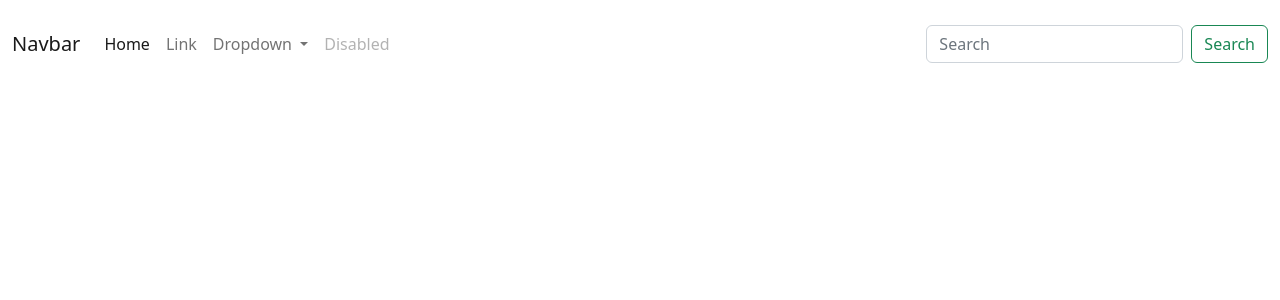
Repository: isaacCodes1/Bootstrap-Nav-Assignment
Page: index.html
These files come from the project's save history. The page is drawn as it stood at one moment and after a run of saves; the edit follows.
The browser window is 1280 px wide. The pictures show the whole page.
Some web libraries are served in a nearby version.

Above is the page before, as saved 2024-03-19 13:12:38.

### index.html
<!DOCTYPE html>
<html lang="en">
  <head>
    <meta charset="UTF-8" />
    <meta name="viewport" content="width=device-width, initial-scale=1.0" />
    <link
      href="https://cdn.jsdelivr.net/npm/bootstrap@5.2.3/dist/css/bootstrap.min.css"
      rel="stylesheet"
      integrity="sha384-rbsA2VBKQhggwzxH7pPCaAqO46MgnOM80zW1RWuH61DGLwZJEdK2Kadq2F9CUG65"
      crossorigin="anonymous"
    />
    <script
      src="https://kit.fontawesome.com/35eb69f0be.js"
      crossorigin="anonymous"
    ></script>
    <link rel="stylesheet" href="/style.css" />
    <title>Bootstrap Assignment</title>
  </head>
  <body>
    <header>
      <nav class="navbar navbar-expand-lg navbar-light bg-transparent px-0 py-4">
        <div class="container-fluid">
          <a class="navbar-brand" href="#">Navbar</a>
          <button
            class="navbar-toggler"
            type="button"
            data-bs-toggle="collapse"
            data-bs-target="#navbarSupportedContent"
            aria-controls="navbarSupportedContent"
            aria-expanded="false"
            aria-label="Toggle navigation"
          >
            <span class="navbar-toggler-icon"></span>
          </button>
          <div class="collapse navbar-collapse" id="navbarSupportedContent">
            <ul class="navbar-nav me-auto mb-2 mb-lg-0">
              <li class="nav-item">
                <a class="nav-link active" aria-current="page" href="#">Home</a>
              </li>
              <li class="nav-item">
                <a class="nav-link" href="#">Link</a>
              </li>
              <li class="nav-item dropdown">
                <a
                  class="nav-link dropdown-toggle"
                  href="#"
                  role="button"
                  data-bs-toggle="dropdown"
                  aria-expanded="false"
                >
                  Dropdown
                </a>
                <ul class="dropdown-menu">
                  <li><a class="dropdown-item" href="#">Action</a></li>
                  <li><a class="dropdown-item" href="#">Another action</a></li>
                  <li><hr class="dropdown-divider" /></li>
                  <li>
                    <a class="dropdown-item" href="#">Something else here</a>
                  </li>
                </ul>
              </li>
              <li class="nav-item">
                <a class="nav-link disabled">Disabled</a>
              </li>
            </ul>
            <form class="d-flex" role="search">
              <input
                class="form-control me-2"
                type="search"
                placeholder="Search"
                aria-label="Search"
              />
              <button class="btn btn-outline-success" type="submit">
                Search
              </button>
            </form>
          </div>
        </div>
      </nav>
    </header>
  </body>
  <script
    src="https://cdn.jsdelivr.net/npm/@popperjs/core@2.11.6/dist/umd/popper.min.js"
    integrity="sha384-oBqDVmMz9ATKxIep9tiCxS/Z9fNfEXiDAYTujMAeBAsjFuCZSmKbSSUnQlmh/jp3"
    crossorigin="anonymous"
  ></script>
  <script
    src="https://cdn.jsdelivr.net/npm/bootstrap@5.2.3/dist/js/bootstrap.min.js"
    integrity="sha384-cuYeSxntonz0PPNlHhBs68uyIAVpIIOZZ5JqeqvYYIcEL727kskC66kF92t6Xl2V"
    crossorigin="anonymous"
  ></script>
</html>

Loaded but not shown: style.css (common file)

After the next 2 saves:
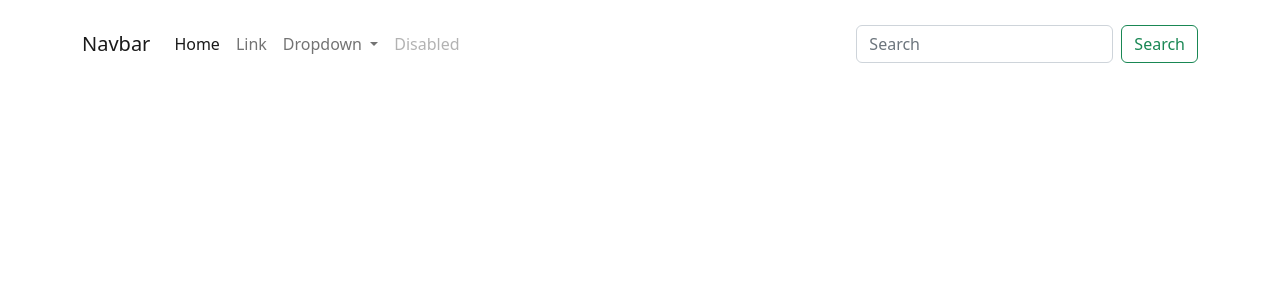
The 2 saves are shown as one change because they came seconds apart.
The last was saved 17 s later.
--- a/index.html
+++ b/index.html
@@ -19,7 +19,7 @@
   <body>
     <header>
       <nav class="navbar navbar-expand-lg navbar-light bg-transparent px-0 py-4">
-        <div class="container-fluid">
+        <div class="container-lg">
           <a class="navbar-brand" href="#">Navbar</a>
           <button
             class="navbar-toggler"
